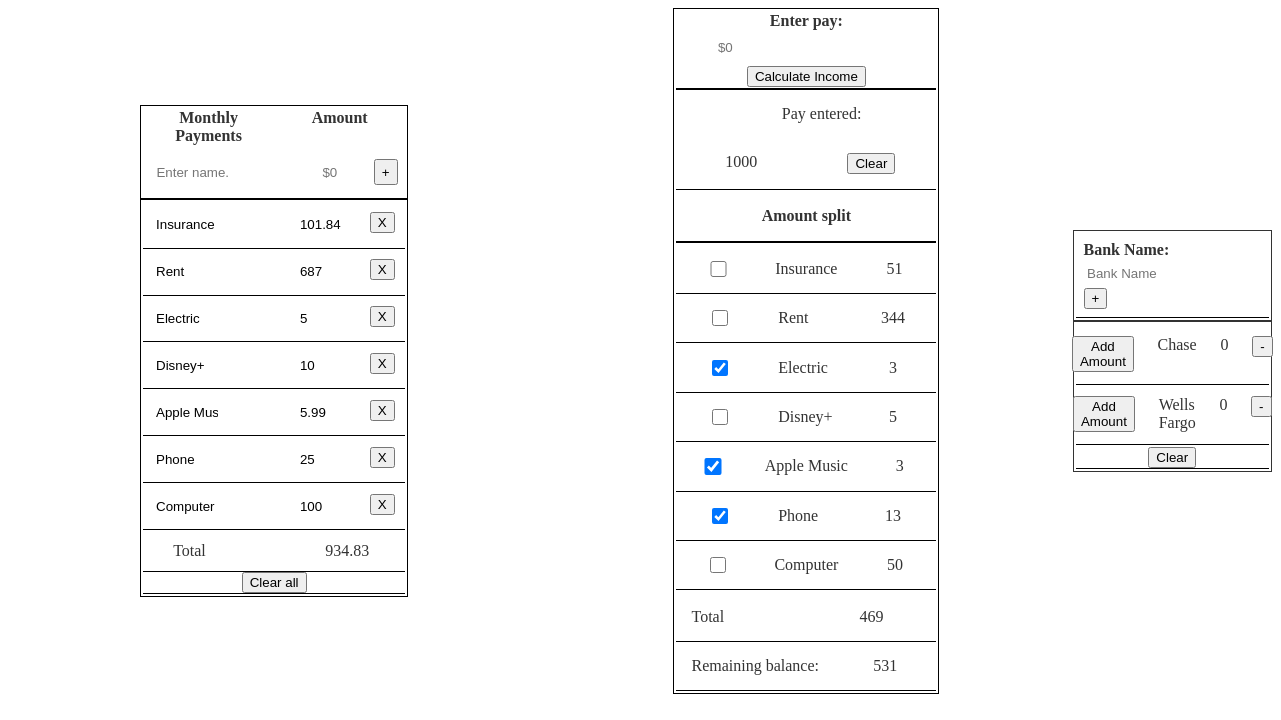
Repository: Kayla-amr/final-project-vue
Page: /
These files come from the project's save history. The page is drawn as it stood at one moment and after the next save; the edit follows.
The browser window is 1280 px wide. The page is 1281 px wide, so the pictures cover 1281 px, including what lies to the right of the window. The pictures show the whole page.
The project was rebuilt for these pictures with package versions that can differ from the ones it lists, and the page was loaded fresh each time. Also part of the build but not shown: vite.config.js.

Above is the page before, as saved 2023-04-12 13:55:01.

### src/App.vue
<script setup>
import OutcomeForm from './components/OutcomeForm.vue';
import DocumentBudget from './components/DocumentBudget.vue';
import SplitBudget from './components/SplitBudget.vue';
import BankTransfer from './components/BankTransfer.vue';


</script>

<template>

    <div id="app">
        <div class="budgetFormList">
            <outcome-form @add:budget="addBudgets" />
            <document-budget :budgets="budgets"/>
        </div>
        <div class="incomeSplitList">
            <split-budget :budgets="budgets" @add:income="addIncomes" :incomes="incomes"/>
        </div>
        <div class="bankTransferList" >
            <bank-transfer  @add:bank="addBanks" :banks="banks" :budgets="budgets"/>
        </div>
    </div>
</template>

<script>
export default {
    name: 'app',
    components: {
        OutcomeForm,
        DocumentBudget,
        SplitBudget,
        BankTransfer
    },
    data() {
        return {
            budgets: [
                {
                    id: 1,
                    name: "Insurance",
                    amount: 101.84,
                    selected: false
                },
                {
                    id: 2,
                    name: "Rent",
                    amount: 687,
                    selected: false
                },
                {
                    id: 3,
                    name: "Electric",
                    amount: 5,
                    selected: true
                },
                {
                    id: 4,
                    name: "Disney+",
                    amount: 10,
                    selected: false
                },
                {
                    id: 5,
                    name: "Apple Music",
                    amount: 5.99,
                    selected: true
                },

                {
                    id: 6,
                    name: "Phone",
                    amount: 25,
                    selected: true
                },
                {
                    id: 7,
                    name: "Computer",
                    amount: 100,
                    selected: false
                }
            ],
            incomes: [
                {
                    id: 1,
                    amount: 1000,
                }

            ],
            banks: [
                {
                    id: 1,
                    name: "Chase",
                    amount: 0,
                },
                {
                    id: 2,
                    name: "Wells Fargo",
                    amount: 0,
                }
            ]
        }
    },

    //map method  or filter

    //property in object true or false



    methods: {
        addBudgets(budget) {
            const addId = this.budgets.length > 0 ? this.budgets[this.budgets.length - 1].id : 0;
            const id = addId + 1;

            const newBudgets = {
                id,
                ...budget
            }

            this.budgets = [...this.budgets, newBudgets]

        },
        addIncomes(income) {
            const addId = this.incomes.length > 0 ? this.incomes[this.incomes.length - 1].id : 0;
            const id = addId + 1;

            const newIncomes = {
                id,
                ...income
            }

            this.incomes = [...this.incomes, newIncomes]
        },
        addBanks(bank) {
            const addId = this.banks.length > 0 ? this.banks[this.banks.length - 1].id : 0;
            const id = addId + 1;

            const newBanks = {
                id,
                ...bank
            }

            this.banks = [...this.banks, newBanks]
        },

    }
}
</script>

<style>
#app {
    display: flex;
    flex-direction: row;
    align-items: center;
    width: 100%;
    height: 100%;
    color: #333;
}

.budgetFormList {
    width: 100%;
}

.incomeSplitList {
    width: 100%;
}
</style>

### src/components/OutcomeForm.vue
<template>
  <div>
    <form @submit.prevent="handleSubmit" class="outcomeForm">
      <table>
        <thead>
          <tr>
            <th>Monthly Payments</th>
            <th>Amount</th>
          </tr>
        </thead>
        <tbody>
          <tr>
            <td>
              <input class="name" type="text" v-model="budgets.name" placeholder="Enter name...">
            </td>
            <td class="otd">
              <input class="amount" type="text" v-model="budgets.amount" placeholder="$0" />

              <button type="submit">+</button>
            </td>
          </tr>
        </tbody>
      </table>
    </form>
  </div>
</template>

//Look for string in total and make them numbers

<script>

export default {
  name: 'outcome-form',
  data() {
    return {
      budgets: {
        name: "",
        amount:""
      }
    }
  },
  methods: {
    handleSubmit() {
      const budget = {
        name: this.budgets.name,
        amount: this.budgets.amount
      }
      this.$emit('add:budget', budget)
    }
  }
}
</script>

<style>
table{
    width: 100%;
}
.outcomeForm {
    margin: 0 auto;
    width: 50%;
    border: 1px solid black;
    border-collapse: collapse;
}

.outcomeForm th{
  width: 100%;
}
.otd {
  display: flex;
}
.outcomeForm tr{
    border: none;
    justify-content: space-between;

}

input{
  padding: 2% 0;
  margin: 2% ;
  width: inherit;
  border: none;
}

.name{
    width: 50%;
}
.amount{
    width: 50px;
}
</style>

### src/components/DocumentBudget.vue
<template>
    <div class="document-budget">
        <table>
            <tbody>
                <tr class="budgetList" v-for="budget in budgets" :key="budget.id">
                    <td class="name"> <input type="text" v-model="budget.name"></td>
                    <td class="amount"><input type="text" v-model="budget.amount"></td>
                    <td><button @click="removeBudget(budget.id)">X</button></td>
                </tr>
            </tbody>
            <tfoot>
                <tr>
                    <td class="name">Total</td>
                    <td class="amount">{{ total }}</td>
                </tr>
                <tr><button @click="clearAll()">Clear all</button></tr>
            </tfoot>
        </table>
    </div>

</template>

<script>
export default {
    name: 'document-budget',
    props: {
        budgets: Array
    },
    computed: {
        total() {
    return this.budgets.reduce((total, budget) => {
      return total + parseFloat(budget.amount)
    }, 0)
  }

    },
    methods: {
        removeBudget(id) {
            const index = this.budgets.findIndex(budget => budget.id === id)
            // eslint-disable-next-line vue/no-mutating-props
            this.budgets.splice(index, 1)
        },
        clearAll(){
            // eslint-disable-next-line vue/no-mutating-props
            this.budgets.splice(0, this.budgets.length)
        },
    }
}
</script>

<style>
.document-budget {
    margin: 0 auto;
    width: 50%;
    border: 1px solid black;
    border-collapse: collapse;
}
tr{
    width: 100%;
    display: flex;
    border: none;
    justify-content: center;
    border-bottom: 1px solid black;

}
td{
    border: none;
    padding: 2%;
    margin: 2%;
}

tfoot td{
    width: 100%;
}
.document-budget .amount button{
    margin-left: 10px;
}
.amount{
    display: flex;
    flex-direction: row;
    align-items: center;
}

.budgetDivided{
    width: 20%;
}

.budgetDivided td{
    padding: 10px;
    display: flex;
    justify-content: center;
}

</style>

### src/components/SplitBudget.vue
<template>
    <div>

        <table>
            <thead>

            </thead>
            <tbody>

            </tbody>
        </table>
    </div>
    <div>
        <table class="budgetDivided">
            <thead>
                <tr>
                    <th>
                        <form @submit.prevent="handleSubmit">
                            <label for="amount">Enter pay:</label>
                            <input type="text" id="amount" v-model="income.amount" placeholder="$0" />
                            <button type="submit">Calculate Income</button>
                        </form>
                    </th>
                </tr>

                <td>Pay entered: </td>
                <tr v-for="income in incomes" :key="income.id">
                    <td>{{ income.amount }}</td>
                    <td> <button type="delete" @click="deleteIncome(income.id)">Clear</button></td>
                </tr>
                <tr>
                    <th>
                    <td>Amount split</td>
                    </th>

                </tr>

            </thead>
            <tbody>
                <tr v-for="budget in budgets" :key="budget.id">
                    <td>
                        <input type="checkbox" v-model="budget.selected"/>
                    </td>
                    <td class="name">{{ budget.name }}</td>
                    <td>
                        {{ splitBudget(budget.amount) }}
                    </td>
                </tr>
            </tbody>
            <tfoot>
                <tr>
                    <td class="name">Total</td>
                    <td class="amount totalDivided">{{totalDivided}}</td>
                </tr>
                <tr v-for="income in incomes" :key="income.id">
                    <td>Remaining balance:</td>
                    <td>{{ Math.ceil(income.amount - totalDivided) }}</td>
                </tr>
            </tfoot>
        </table>
    </div>
</template>

<script>
export default {
    name: 'split-budget',
    props: {
        budgets: Array,
        incomes: Array,
        banks: Array
    },
    emits: ['add:income'],
    computed: {
        total() {
            return this.budgets.reduce((total, budget) => {
                return total + budget.amount
            }, 0)
        },
        totalDivided() {
            return this.budgets.reduce((total, budget) => {
                return Math.ceil(total + (budget.amount / 2))
            }, 0)
        },

    },
    data() {
        return {
            income: {
                name: '',
                amount: ''
            }
        }
    },
    methods: {
        handleSubmit() {
            this.$emit('add:income', this.income)
            this.income = {
                name: '',
                amount: ''
            }
        },
        deleteIncome(id) {
            const index = this.incomes.findIndex(income => income.id === id)
            // eslint-disable-next-line vue/no-mutating-props
            this.incomes.splice(index, 1)
        },
        splitBudget(amount) {
            return Math.ceil(amount / 2)
        },
        remainder(amount){
            return Math.ceil(amount - this.totalDivided)
        }
    }
}
</script>

<style>
.budgetDivided {
    margin: 0 auto;
    width: 50%;
    border: 1px solid black;
}

.budgetDivided th {
    width: 100%;
    display: flex;
    justify-content: center;
    border-bottom: 1px solid black;
}

.budgetDivided td {
    width: 100%;
    display: flex;
    white-space: nowrap;
}

.budgetDivided .name {
    display: flex;
    justify-content: flex-start;
}
</style>

### src/components/BankTransfer.vue
<template>
    <div>
        <form @submit.prevent="handleSubmit">
            <table>
                <thead>
                    <tr>
                        <th>
                            <label for="name">Bank Name:</label>
                            <input type="text" id="bankName" v-model="bank.name" placeholder="Bank Name" />
                            <button type="submit">+</button>
                        </th>
                    </tr>
                </thead>
            </table>
        </form>
    </div>
    <div>
        <table>
            <tbody>
                <tr v-for="bank in banks" :key="bank.id">
                    <td><button type="transfer" @click="transferSelectedBudget(bank.id)">Add Amount</button></td>
                    <td>{{ bank.name }}</td>
                    <td>{{ bank.amount }}</td>
                    <td> <button type="delete" @click="removeBank(bank.id)">-</button></td>
                </tr>
            </tbody>
            <tfoot>
                <tr>
                    <button type="clear" @click="clearTransfer">Clear</button>
                </tr>
            </tfoot>
        </table>
    </div>
</template>

<script>
export default {
    name: 'bank-transfer',
    props: {
        banks: Array,
        budgets: Array
    },
    emits: ['add:bank'],
    computed: {
        total() {
            return this.banks.reduce((total, bank) => {
                return total + bank.amount
            }, 0)
        }

    },
    data() {
        return {
            bank: {
                name: '',
                amount: 0
            }
        }
    },
    methods: {
        removeBank(id) {
            const index = this.banks.findIndex(bank => bank.id === id)
            // eslint-disable-next-line vue/no-mutating-props
            this.banks.splice(index, 1)
        },
        handleSubmit() {
            this.$emit('add:bank', this.bank)
            this.bank = {
                name: "",
                amount: 0
            }
        },
        transferSelectedBudget(id) {
            const selectedBudgets = this.budgets.filter(budget => budget.selected);
            const totalSelectedBudgetsAmount = selectedBudgets.reduce((total, budget) => {
                return Math.ceil(total + budget.amount / 2);
            }, 0);

            if (selectedBudgets.length > 0) {
                const bank = this.banks.find(bank => bank.id === id);
                bank.amount += totalSelectedBudgetsAmount;
            }
        },
        clearTransfer() {
            this.banks.forEach(bank => {
                bank.amount = 0;
            })
        }

    }
}
</script>

<style scoped>
table {
    width: 100%;
    border: 1px solid #333;
}
th,
td {
    padding: 0.5rem;
}

th {
    text-align: left;
}
</style>

Loaded but not shown: index.html (common file); src/main.js (common file)

After the next save:
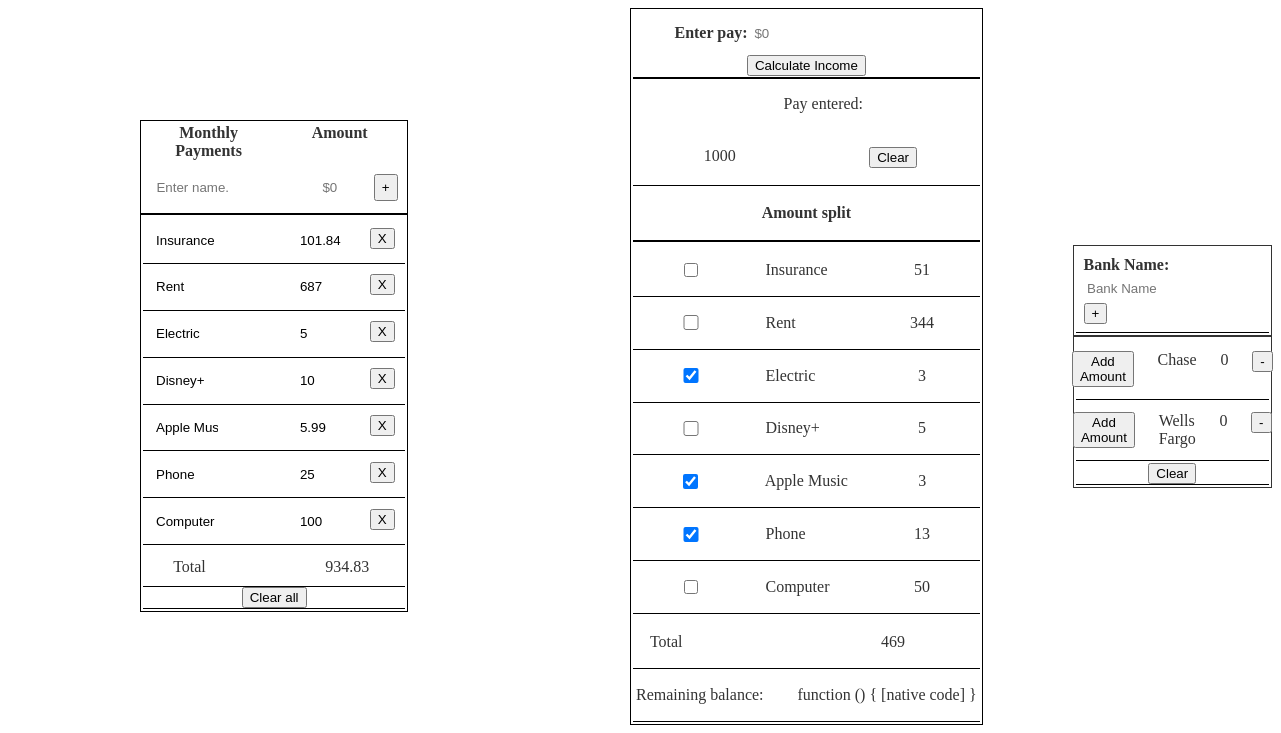
Saved 11 s later.
--- a/src/components/SplitBudget.vue
+++ b/src/components/SplitBudget.vue
@@ -54,7 +54,7 @@
                 </tr>
                 <tr v-for="income in incomes" :key="income.id">
                     <td>Remaining balance:</td>
-                    <td>{{ Math.ceil(income.amount - totalDivided) }}</td>
+                    <td>{{remainder }}</td>
                 </tr>
             </tfoot>
         </table>

After the save that followed:
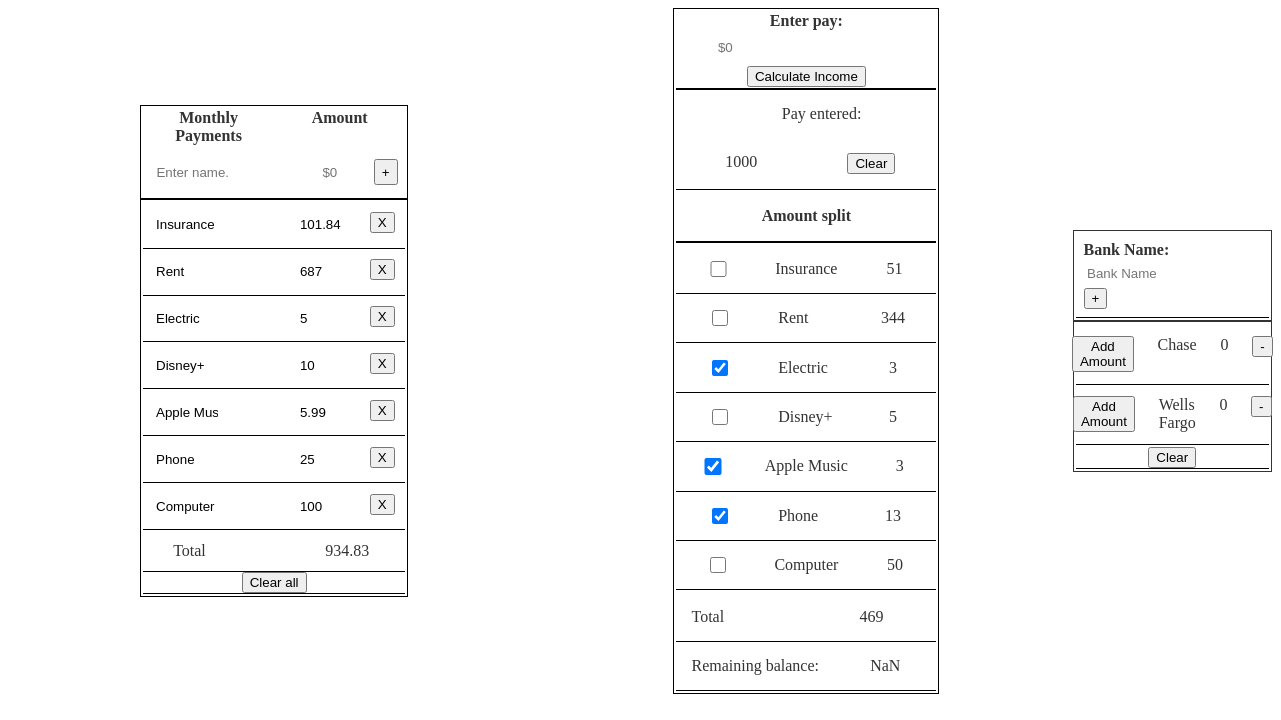
Saved 6 s later.
--- a/src/components/SplitBudget.vue
+++ b/src/components/SplitBudget.vue
@@ -54,7 +54,7 @@
                 </tr>
                 <tr v-for="income in incomes" :key="income.id">
                     <td>Remaining balance:</td>
-                    <td>{{remainder }}</td>
+                    <td>{{remainder() }}</td>
                 </tr>
             </tfoot>
         </table>
